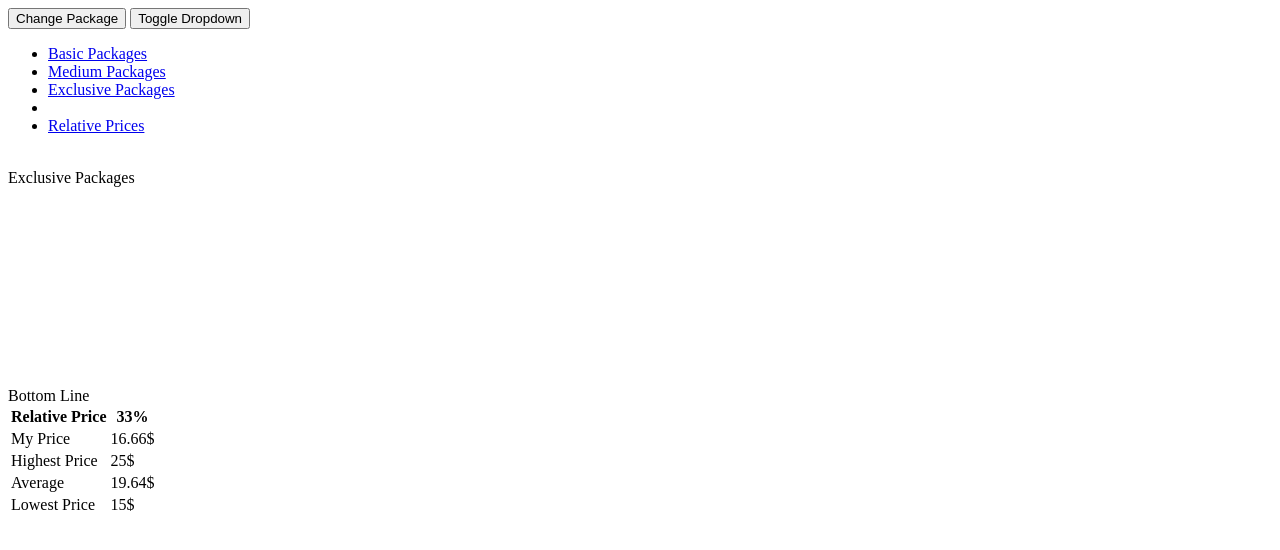
Repository: netaosman/Price-try-course
Page: prixceFrontEnd/src/main/webapp/Prixce_FrontEnd/HTML/Market/pricesPack/MedPackages.html
These files come from the project's save history. The page is drawn as it stood at one moment and after the next save; the edit follows.
The browser window is 1280 px wide. The pictures show the whole page.

Above is the page before, as saved 2017-09-24 00:32:08.

After the next save:
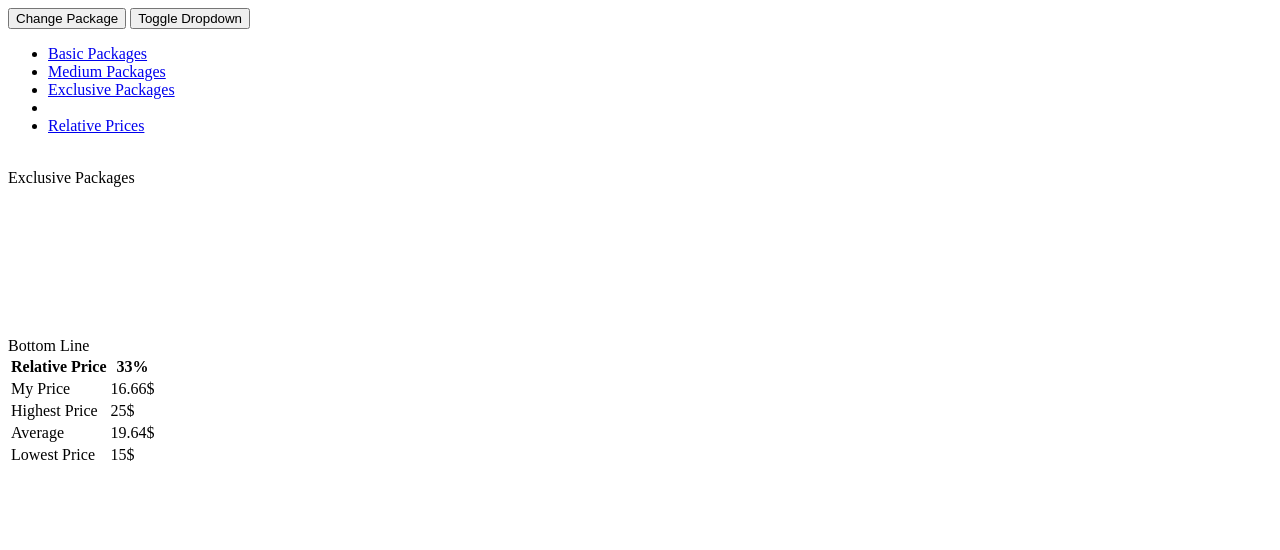
Saved 90 s later.
--- a/prixceFrontEnd/src/main/webapp/Prixce_FrontEnd/HTML/Market/pricesPack/MedPackages.html
+++ b/prixceFrontEnd/src/main/webapp/Prixce_FrontEnd/HTML/Market/pricesPack/MedPackages.html
@@ -27,7 +27,7 @@
 				<div class="panel-body">
 					<!-- <div class="panel-title">Prices</div> -->
 					<canvas id="base" class="chart-horizontal-bar" chart-data="data"
-						chart-labels="labels" chart-colors="colors" height="200">
+						chart-labels="labels" chart-colors="colors">
                                 </canvas>
 				</div>
 			</div>
